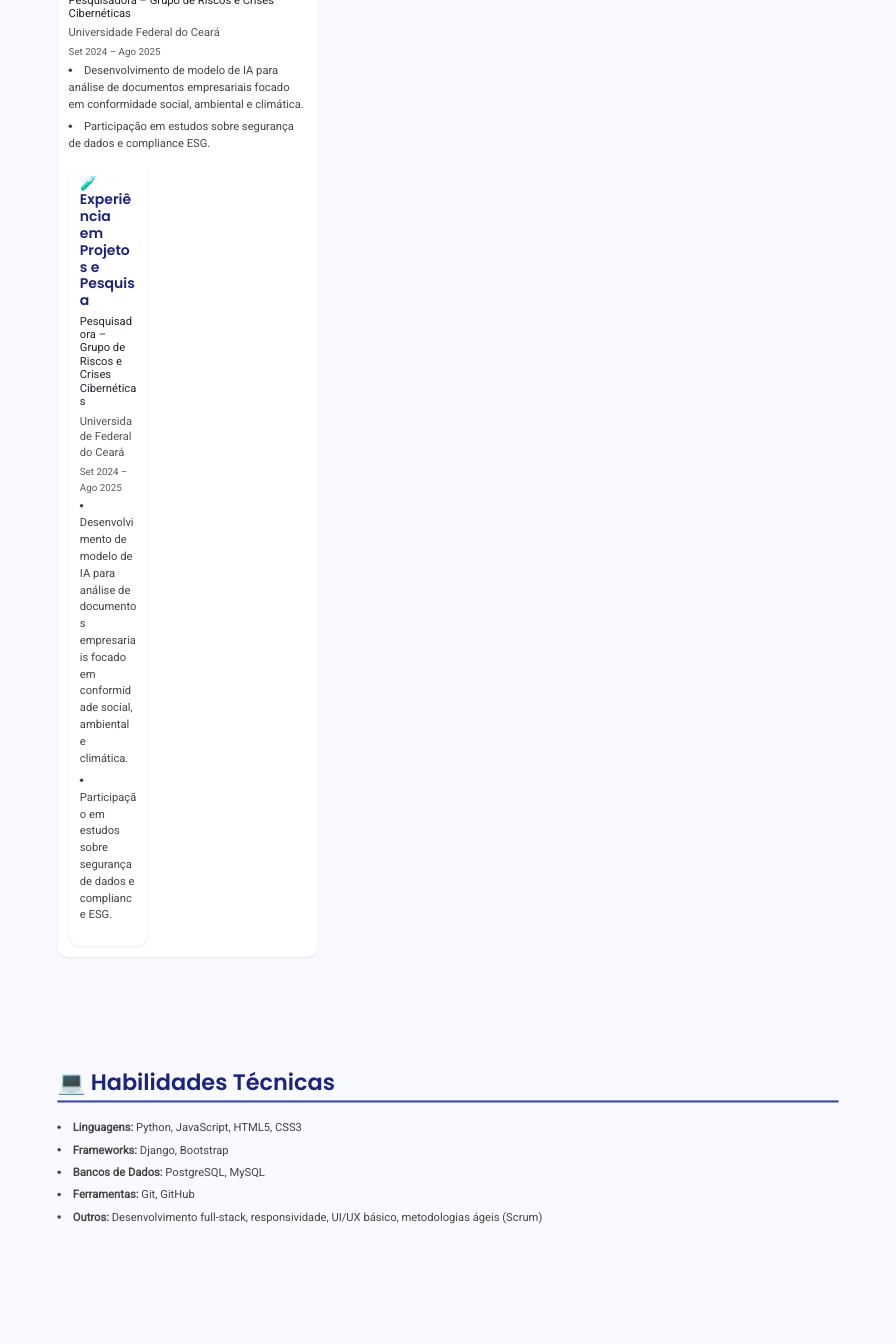
Repository: Suziane90/Portifolio
Page: index2.html
An editor plug-in stored every save of this project. The page is shown before and after a run of saves, followed by the edit.
The browser window is 1280 px wide. The pictures show the part of the page from y = 1080 to 3000 px (the page is 4306 px tall before and 3854 px after), at 70% of full size.

Above is the page before, as saved 2025-07-24 11:08:09.

### index2.html
<!DOCTYPE html>
<html lang="pt-br">

<head>
  <meta charset="UTF-8" />
  <meta name="viewport" content="width=device-width, initial-scale=1" />
  <title>Portfólio | Anne Wan</title>

  <!-- Bootstrap CSS -->
  <link href="https://cdn.jsdelivr.net/npm/bootstrap@5.3.0/dist/css/bootstrap.min.css" rel="stylesheet" />

  <!-- Google Fonts: Poppins e Roboto -->
  <link href="https://fonts.googleapis.com/css2?family=Poppins:wght@300;600&family=Roboto&display=swap" rel="stylesheet" />

  <style>
    /* Reset e fontes */
    body {
      font-family: 'Roboto', sans-serif;
      background: #f9faff;
      scroll-behavior: smooth;
      color: #333;
    }

    h1,
    h2,
    h3,
    h4,
    h5 {
      font-family: 'Poppins', sans-serif;
    }

    /* Navbar personalizada */
    .navbar-custom {
      background: #1a237e; /* azul escuro */
      box-shadow: 0 4px 12px rgb(26 35 126 / 0.3);
    }

    .navbar-custom .navbar-brand,
    .navbar-custom .nav-link {
      color: #ffffff;
      font-weight: 600;
    }

    .navbar-custom .nav-link:hover {
      color: #ffca28; /* amarelo suave */
    }

    /* Header */
    header {
      background: linear-gradient(135deg, #3949ab, #1a237e);
      color: #fff;
      padding: 6rem 1rem 4rem;
      text-align: center;
      box-shadow: 0 8px 25px rgb(26 35 126 / 0.4);
    }

    header h1 {
      font-size: 3.5rem;
      font-weight: 700;
      margin-bottom: 0.3rem;
    }

    header p {
      font-size: 1.25rem;
      font-weight: 400;
      letter-spacing: 1px;
      opacity: 0.85;
    }

    /* Seções */
    section {
      padding: 3rem 0 4rem;
    }

    section h2 {
      font-weight: 700;
      margin-bottom: 1.5rem;
      border-bottom: 3px solid #3949ab;
      padding-bottom: 0.4rem;
      color: #1a237e;
    }

    /* Cards dos projetos */
    .card {
      border-radius: 1rem;
      box-shadow: 0 6px 15px rgb(0 0 0 / 0.1);
      transition: transform 0.3s ease, box-shadow 0.3s ease;
      overflow: hidden;
    }

    .card:hover {
      transform: translateY(-10px);
      box-shadow: 0 15px 30px rgb(0 0 0 / 0.15);
    }

    .card-body h5 {
      font-weight: 700;
      color: #1a237e;
    }

    .card-body p {
      color: #555;
      line-height: 1.4;
    }

    .btn-primary {
      background-color: #3949ab;
      border: none;
      font-weight: 600;
      padding: 0.5rem 1.6rem;
      border-radius: 50px;
      transition: background-color 0.3s ease;
    }

    .btn-primary:hover {
      background-color: #1a237e;
    }

    /* Carousel */
    .carousel-inner img {
      border-bottom-left-radius: 1rem;
      border-bottom-right-radius: 1rem;
      height: 250px;
      object-fit: cover;
      user-select: none;
    }

    /* Listas e textos */
    ul {
      list-style: disc inside;
      padding-left: 0;
      color: #444;
    }

    ul li {
      margin-bottom: 0.5rem;
      font-size: 1rem;
    }

    /* Footer */
    footer {
      background-color: #1a237e;
      color: #eee;
      padding: 1rem 0;
      text-align: center;
      font-size: 0.9rem;
      letter-spacing: 1px;
    }

    /* Espaçamento entre seções no mobile */
    @media (max-width: 767px) {
      header h1 {
        font-size: 2.5rem;
      }

      header p {
        font-size: 1rem;
      }

      .carousel-inner img {
        height: 200px;
      }
    }
  </style>
</head>

<body>

  <!-- Navbar -->
  <nav class="navbar navbar-expand-md navbar-custom fixed-top shadow-sm">
    <div class="container">
      <a class="navbar-brand" href="#">Anne Wan</a>
      <button class="navbar-toggler" type="button" data-bs-toggle="collapse" data-bs-target="#navMenu" aria-controls="navMenu"
        aria-expanded="false" aria-label="Alternar navegação">
        <span class="navbar-toggler-icon" style="filter: invert(1);"></span>
      </button>
      <div class="collapse navbar-collapse" id="navMenu">
        <ul class="navbar-nav ms-auto gap-3">
          <li class="nav-item"><a class="nav-link" href="#sobre">Sobre</a></li>
          <li class="nav-item"><a class="nav-link" href="#experiencia">Experiência</a></li>
          <li class="nav-item"><a class="nav-link" href="#habilidades">Habilidades</a></li>
          <li class="nav-item"><a class="nav-link" href="#objetivos">Objetivos</a></li>
          <li class="nav-item"><a class="nav-link" href="#projetos">Projetos</a></li>
          <li class="nav-item"><a class="nav-link" href="#contato">Contato</a></li>
        </ul>
      </div>
    </div>
  </nav>

  <!-- Header -->
  <header>
    <div class="container">
      <h1>Anne Wan</h1>
      <p>Desenvolvedora Web | Estudante de ADS</p>
    </div>
  </header>

  <main class="container my-5">

    <!-- Sobre Mim -->
    <section id="sobre" class="mb-5">
      <h2>Sobre Mim</h2>
      <p>
        Sou estudante de Análise e Desenvolvimento de Sistemas, dedicada e sempre em busca de aprimoramento contínuo. Tenho uma forte base em desenvolvimento web full-stack, e gosto de encarar desafios com seriedade e criatividade.
      </p>
    </section>

    <!-- Experiência & Formação -->
    <section id="experiencia" class="mb-5">
      <h2>Experiência & Formação</h2>

      <div class="mb-4">
        <h5><strong>Suziane Brandão Andrade</strong></h5>
        <p>📍 Itapajé – CE | 📧 <a href="mailto:suzianebrandao980@gmail.com" class="link-primary">suzianebrandao980@gmail.com</a> | 📞 (85) 99422-3336</p>
      </div>

      <div class="col-md-4">
      <div class="card shadow-sm h-100 border-0">
        <div class="card-body">
          <h5 class="card-title fw-bold">🎓 Formação Acadêmica</h5>
          <p class="card-text mb-0"><strong>Tecnologia em Análise e Desenvolvimento de Sistemas</strong></p>
          <p class="card-text mb-0">Universidade Federal do Ceará – Campus Itapajé</p>
          <p class="card-text"><small class="text-muted">Período: Em andamento</small></p>
        </div>
      </div>
    </div>

          <!-- Experiência -->
    <div class="col-md-4">
      <div class="card shadow-sm h-100 border-0">
        <div class="card-body">
          <h5 class="card-title fw-bold">🧪 Experiência em Projetos e Pesquisa</h5>

          <h6 class="mt-2">Pesquisadora – Grupo de Riscos e Crises Cibernéticas</h6>
          <p class="mb-1">Universidade Federal do Ceará</p>
          <p class="mb-1"><small class="text-muted">Set 2024 – Ago 2025</small></p>
          <ul>
            <li>Desenvolvimento de modelo de IA para análise de documentos empresariais focado em conformidade social, ambiental e climática.</li>
            <li>Participação em estudos sobre segurança de dados e compliance ESG.</li>
          </ul>


           <div class="col-md-4">
      <div class="card shadow-sm h-100 border-0">
        <div class="card-body">
          <h5 class="card-title fw-bold">🧪 Experiência em Projetos e Pesquisa</h5>

          <h6 class="mt-2">Pesquisadora – Grupo de Riscos e Crises Cibernéticas</h6>
          <p class="mb-1">Universidade Federal do Ceará</p>
          <p class="mb-1"><small class="text-muted">Set 2024 – Ago 2025</small></p>
          <ul>
            <li>Desenvolvimento de modelo de IA para análise de documentos empresariais focado em conformidade social, ambiental e climática.</li>
            <li>Participação em estudos sobre segurança de dados e compliance ESG.</li>
          </ul>


    </section>

    <!-- Habilidades Técnicas -->
    <section id="habilidades" class="mb-5">
      <h2>💻 Habilidades Técnicas</h2>
      <ul>
        <li><strong>Linguagens:</strong> Python, JavaScript, HTML5, CSS3</li>
        <li><strong>Frameworks:</strong> Django, Bootstrap</li>
        <li><strong>Bancos de Dados:</strong> PostgreSQL, MySQL</li>
        <li><strong>Ferramentas:</strong> Git, GitHub</li>
        <li><strong>Outros:</strong> Desenvolvimento full-stack, responsividade, UI/UX básico, metodologias ágeis (Scrum)</li>
      </ul>
    </section>

    <!-- Objetivos e Interesses -->
    <section id="objetivos" class="mb-5">
      <h2>🎯 Objetivos e Interesses</h2>
      <ul>
        <li>Crescer profissionalmente na área de desenvolvimento de software.</li>
        <li>Aprimorar habilidades em inteligência artificial e tecnologias web.</li>
        <li>Atuar com impacto real em projetos que envolvam acessibilidade, saúde e sustentabilidade.</li>
      </ul>
    </section>

    <!-- Projetos -->
    <section id="projetos" class="mb-5">
      <h2>Meus Projetos</h2>

      <div class="row gy-4">

        <!-- Projeto InovaHabitat -->
        <div class="col-md-6">
          <div class="card h-100 border-0">
            <div id="carouselInova" class="carousel slide rounded-top" data-bs-ride="carousel">
              <div class="carousel-inner">
                <div class="carousel-item active">
                  <img src="assets/Inova3.png" class="d-block w-100" alt="InovaHabitat imagem 1" />
                </div>
                <div class="carousel-item">
                  <img src="assets/inova2.png" class="d-block w-100" alt="InovaHabitat imagem 2" />
                </div>
                <div class="carousel-item">
                  <img src="assets/Inova6.png" class="d-block w-100" alt="InovaHabitat imagem 3" />
                </div>
              </div>
              <button
                class="carousel-control-prev"
                type="button"
                data-bs-target="#carouselInova"
                data-bs-slide="prev"
              >
                <span class="carousel-control-prev-icon" aria-hidden="true"></span>
                <span class="visually-hidden">Anterior</span>
              </button>
              <button
                class="carousel-control-next"
                type="button"
                data-bs-target="#carouselInova"
                data-bs-slide="next"
              >
                <span class="carousel-control-next-icon" aria-hidden="true"></span>
                <span class="visually-hidden">Próximo</span>
              </button>
            </div>
            <div class="card-body">
              <h5 class="card-title">📦 Projeto InovaHabitat</h5>
              <p class="card-text">
                Plataforma de anúncios para universitários. Funcionalidades de login, cadastro, CRUD de produtos e mais.
              </p>
              <a href="https://github.com/seuusuario/inova-habitat" target="_blank" class="btn btn-primary"
                >Ver no GitHub</a
              >
            </div>
          </div>
        </div>

        <!-- Projeto AgendMed -->
        <div class="col-md-6">
          <div class="card h-100 border-0">
            <div id="carouselAgendMed" class="carousel slide rounded-top" data-bs-ride="carousel">
              <div class="carousel-inner">
                <div class="carousel-item active">
                  <img src="assets/Agend2.png" class="d-block w-100" alt="AgendMed imagem 1" />
                </div>
                <div class="carousel-item">
                  <img src="assets/Agend3.png" class="d-block w-100" alt="AgendMed imagem 2" />
                </div>
                <div class="carousel-item">
                  <img src="assets/Agend4.png" class="d-block w-100" alt="AgendMed imagem 3" />
                </div>
              </div>
              <button
                class="carousel-control-prev"
                type="button"
                data-bs-target="#carouselAgendMed"
                data-bs-slide="prev"
              >
                <span class="carousel-control-prev-icon" aria-hidden="true"></span>
                <span class="visually-hidden">Anterior</span>
              </button>
              <button
                class="carousel-control-next"
                type="button"
                data-bs-target="#carouselAgendMed"
                data-bs-slide="next"
              >
                <span class="carousel-control-next-icon" aria-hidden="true"></span>
                <span class="visually-hidden">Próximo</span>
              </button>
            </div>
            <div class="card-body">
              <h5 class="card-title">📅 AgendMed</h5>
              <p class="card-text">
                Sistema para agendamento médico online, com controle de pacientes, consultas e notificações.
              </p>
              <a href="https://github.com/seuusuario/agendmed" target="_blank" class="btn btn-primary"
                >Ver no GitHub</a
              >
            </div>
          </div>
        </div>

      </div>
    </section>

    <!-- Contato -->
    <section id="contato" class="mb-5">
      <h2>Contato</h2>
      <p>Email: <a href="mailto:annewan@email.com" class="link-primary">annewan@email.com</a></p>
      <p>
        <a href="https://github.com/seuusuario" target="_blank" class="me-3 link-primary">GitHub</a>
        <a href="https://linkedin.com/in/seulinkedin" target="_blank" class="link-primary">LinkedIn</a>
      </p>
    </section>

  </main>

  <footer>
    <small>© 2025 Anne Wan</small>
  </footer>

  <!-- Bootstrap JS Bundle -->
  <script src="https://cdn.jsdelivr.net/npm/bootstrap@5.3.0/dist/js/bootstrap.bundle.min.js"></script>

</body>

</html>

After the next 2 saves:
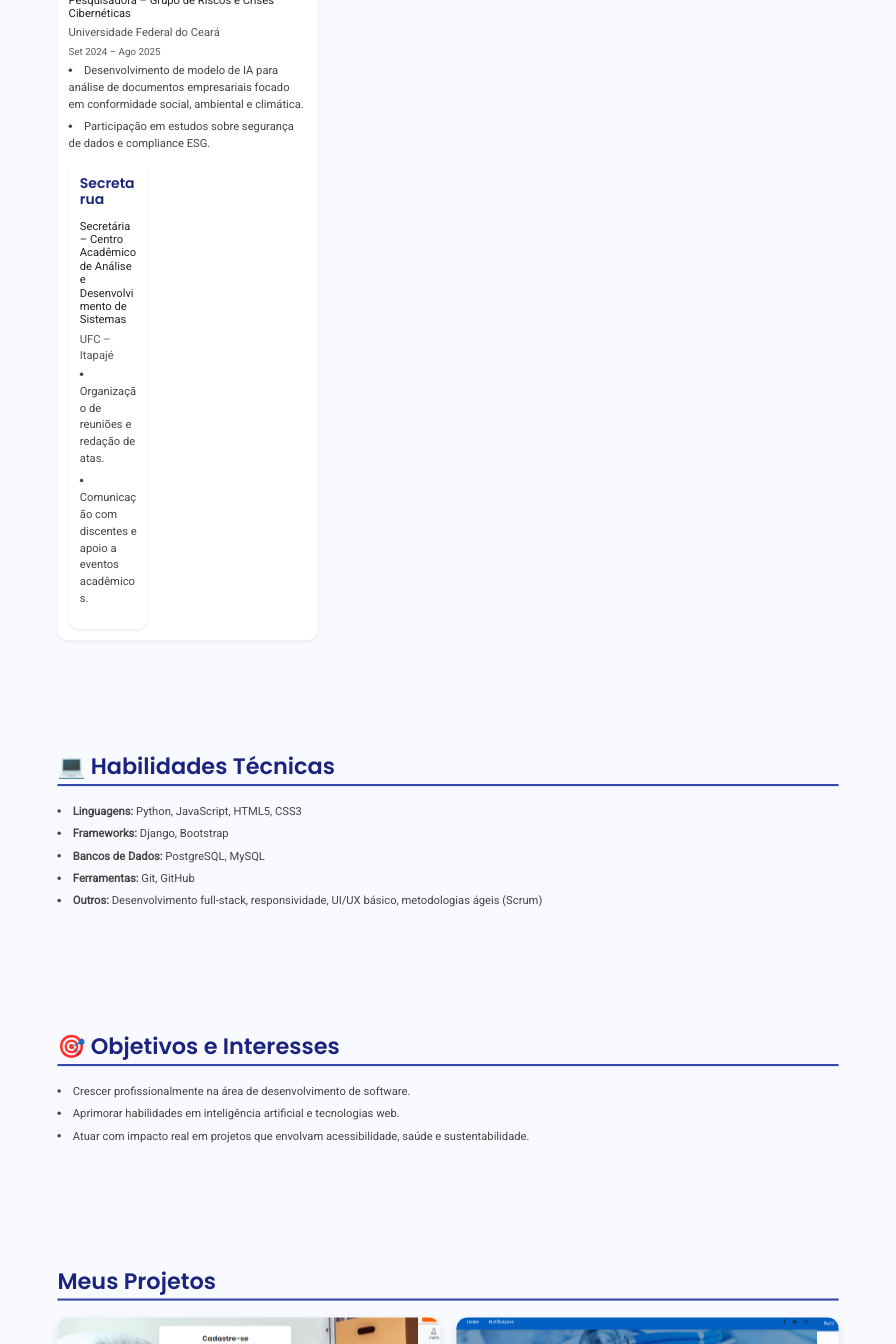
The 2 saves are shown as one change because they came seconds apart.
The last was saved 36 s later.
--- a/index2.html
+++ b/index2.html
@@ -243,14 +243,13 @@
            <div class="col-md-4">
       <div class="card shadow-sm h-100 border-0">
         <div class="card-body">
-          <h5 class="card-title fw-bold">🧪 Experiência em Projetos e Pesquisa</h5>
-
-          <h6 class="mt-2">Pesquisadora – Grupo de Riscos e Crises Cibernéticas</h6>
-          <p class="mb-1">Universidade Federal do Ceará</p>
-          <p class="mb-1"><small class="text-muted">Set 2024 – Ago 2025</small></p>
+          <h5 class="card-title fw-bold">Secretarua</h5>
+
+           <h6 class="mt-3">Secretária – Centro Acadêmico de Análise e Desenvolvimento de Sistemas</h6>
+          <p class="mb-1">UFC – Itapajé</p>
           <ul>
-            <li>Desenvolvimento de modelo de IA para análise de documentos empresariais focado em conformidade social, ambiental e climática.</li>
-            <li>Participação em estudos sobre segurança de dados e compliance ESG.</li>
+            <li>Organização de reuniões e redação de atas.</li>
+            <li>Comunicação com discentes e apoio a eventos acadêmicos.</li>
           </ul>
 
 
